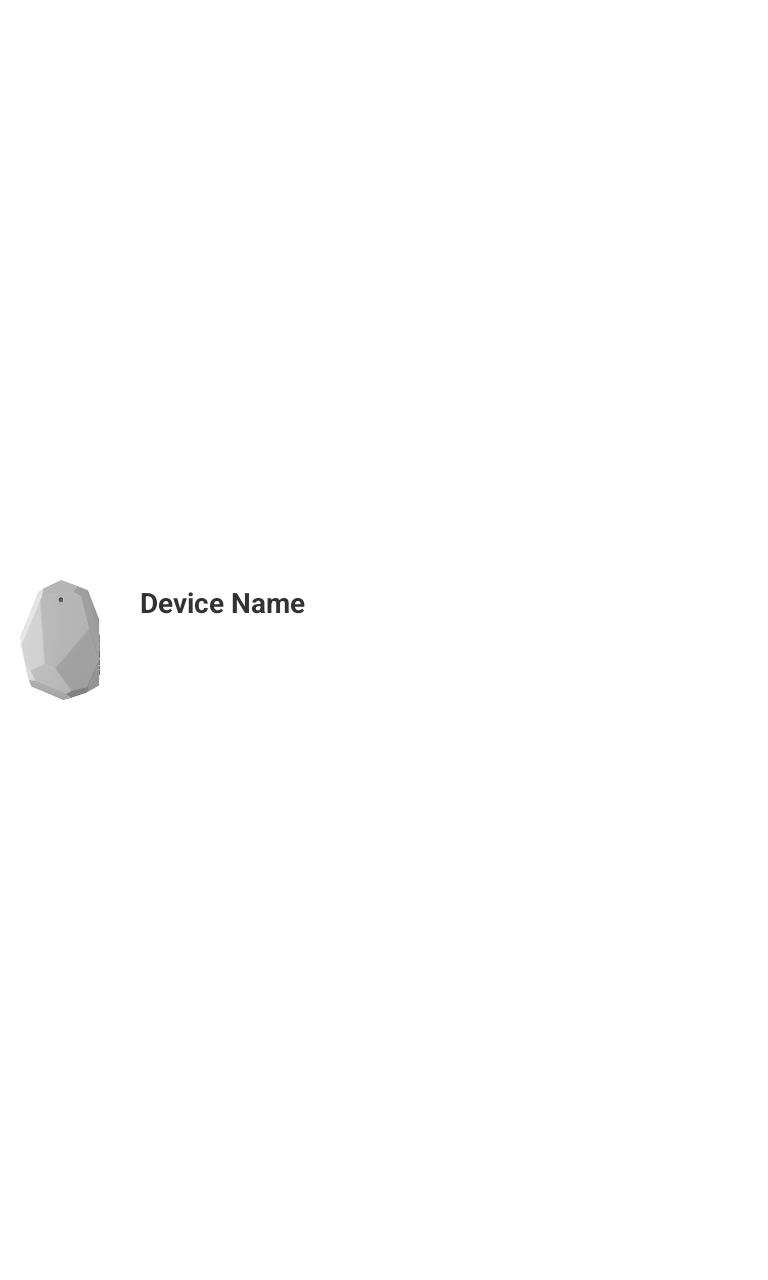
Repository: lawlessc/room-proximity
Layout: android-client/AllDemosActivity/res/layout/device_item.xml
The author's editor kept a copy of each file at every save. The layout is drawn from the files as they stood at one save, then again after the next save.
It is drawn on a 768 x 1280 px phone screen (xhdpi) without system bars, with theme android:Theme.Holo.Light; the app's code is not run.

Above is the layout before, as saved 2014-04-09 13:59:47.

### android-client/AllDemosActivity/res/layout/device_item.xml
<?xml version="1.0" encoding="utf-8"?>

<LinearLayout xmlns:android="http://schemas.android.com/apk/res/android"
              android:layout_width="wrap_content"
              android:layout_height="wrap_content"
              android:orientation="horizontal">

  <ImageView android:layout_width="60dp"
             android:layout_height="80dp"
             android:layout_gravity="center_vertical"
             android:layout_marginRight="10dp"
             android:padding="10dp"
             android:src="@drawable/beacon_gray"/>

  <LinearLayout android:layout_width="wrap_content"
                android:layout_height="wrap_content"
                android:layout_gravity="center_vertical"
                android:orientation="vertical">

    <TextView
        android:tag="mac"
        android:layout_width="wrap_content"
        android:layout_height="wrap_content"
        android:textStyle="bold"
        android:text="Device Name"/>

    <LinearLayout android:layout_width="wrap_content"
                  android:layout_height="wrap_content"
                  android:orientation="horizontal">

      <LinearLayout android:layout_width="100dp"
                    android:layout_height="wrap_content"
                    android:orientation="vertical">

        <TextView
            android:tag="rssi"
            android:layout_width="wrap_content"
            android:layout_height="wrap_content"/>

        <TextView
            android:tag="major"
            android:layout_width="wrap_content"
            android:layout_height="wrap_content"/>

      </LinearLayout>

      <LinearLayout android:layout_width="100dp"
                    android:layout_height="wrap_content"
                    android:orientation="vertical">

        <TextView
            android:tag="mpower"
            android:layout_width="wrap_content"
            android:layout_height="wrap_content"/>

        <TextView
            android:tag="minor"
            android:layout_width="wrap_content"
            android:layout_height="wrap_content"/>

      </LinearLayout>

    </LinearLayout>

  </LinearLayout>

  <LinearLayout android:layout_width="wrap_content"
                android:layout_height="wrap_content"
                android:orientation="horizontal">

    <TextView
        android:tag="uuid"
        android:layout_width="wrap_content"
        android:layout_height="wrap_content"/>

    </LinearLayout>

</LinearLayout>

After the next save:
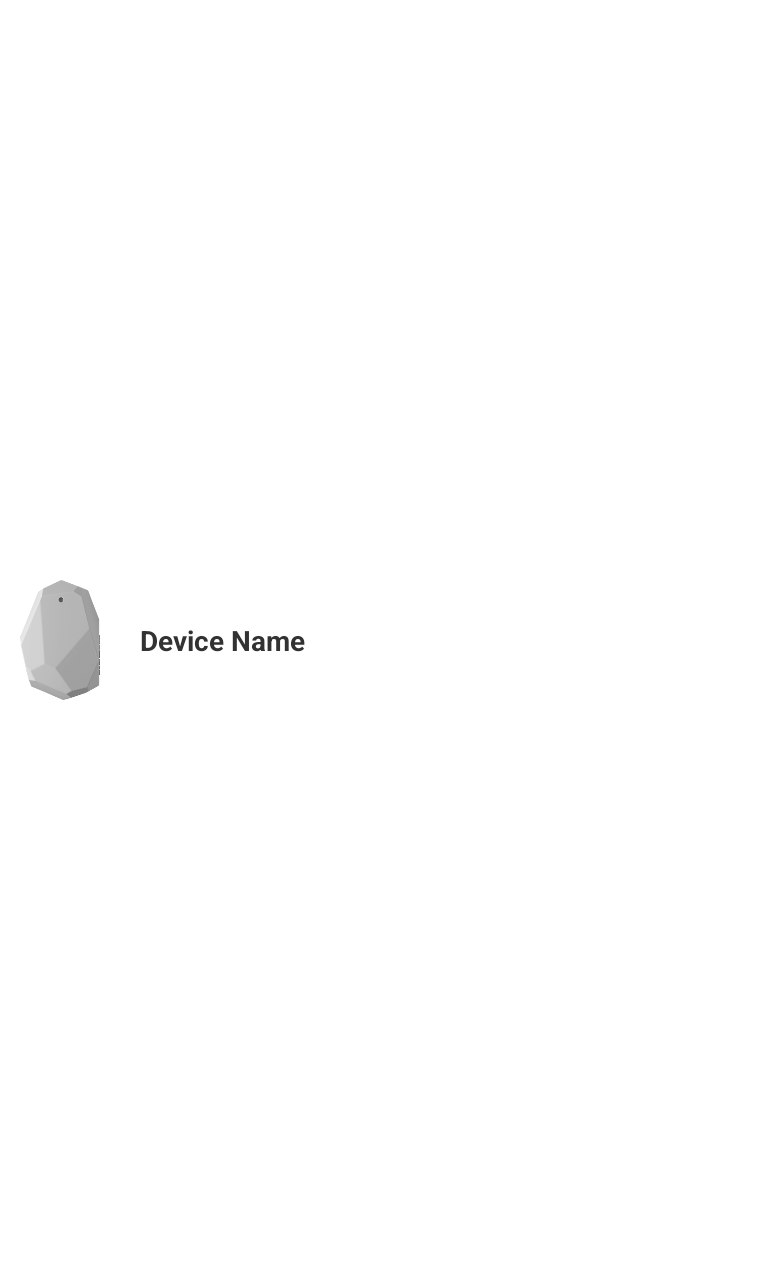
Saved 9 min 3 s later.
--- a/android-client/AllDemosActivity/res/layout/device_item.xml
+++ b/android-client/AllDemosActivity/res/layout/device_item.xml
@@ -17,12 +17,24 @@
                 android:layout_gravity="center_vertical"
                 android:orientation="vertical">
 
-    <TextView
+
+         <TextView
+        android:tag="room"
+        android:layout_width="wrap_content"
+        android:layout_height="wrap_content"
+        android:textStyle="bold"
+        android:text="Device Name"/>
+
+
+
+    <!-- <TextView
         android:tag="mac"
         android:layout_width="wrap_content"
         android:layout_height="wrap_content"
         android:textStyle="bold"
         android:text="Device Name"/>
+
+
 
     <LinearLayout android:layout_width="wrap_content"
                   android:layout_height="wrap_content"
@@ -72,7 +84,9 @@
         android:tag="uuid"
         android:layout_width="wrap_content"
         android:layout_height="wrap_content"/>
-
+    -->
     </LinearLayout>
 
+
+
 </LinearLayout>
